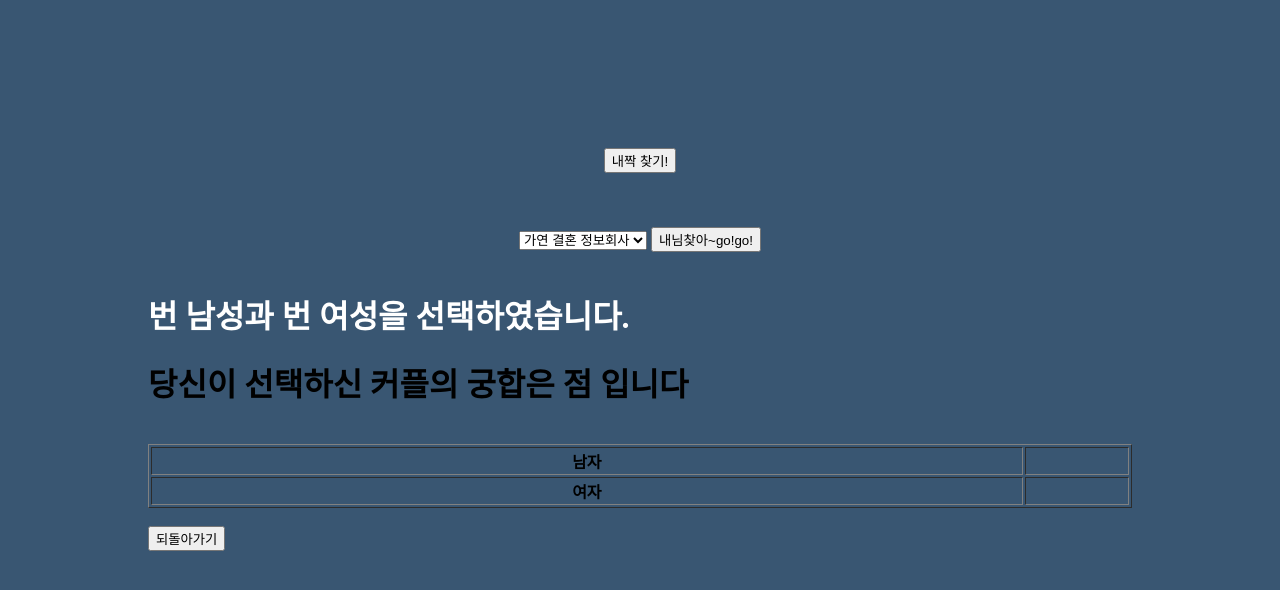
Repository: trapezer84/JSP
Page: http://localhost/AEA_Assignment/list.jsp
These files come from the project's save history. The page is drawn as it stood at one moment and after the next save; the edit follows.
The browser window is 1280 px wide. The pictures show the whole page.
The page is served by Tomcat 9. Other server files are loaded and not shown. The template is opened directly, without the code that normally fills it, so the values that code supplies are empty.

Above is the page before, as saved 2016-02-05 00:53:25.

### AEA_Assignment/WebContent/list.jsp
<%@ page language="java" contentType="text/html; charset=UTF-8"
	pageEncoding="UTF-8"%>
<%@ taglib prefix="c" uri="http://java.sun.com/jsp/jstl/core"%>
<!DOCTYPE html>
<html>
<head>
<meta http-equiv="Content-Type" content="text/html; charset=UTF-8">
<title>궁합 결과</title>
</head>
<body bgcolor="#395672" style ="padding:140px">

	<div align="center">
		<a href="http://kiyeonlee.com" target="_blank">
			<button type="button" onclick="alert('잘 생각 하셨습니다!')">내짝 찾기!</button>
		</a>
	</div>
	<br />
	<br />
	<br />
	<div align="center">
		<form method="post" action="/AEA_Assignment/SelectedCompany">
			<select name="companylist" >
				<option value="companyA">가연 결혼 정보회사</option>
				<option value="companyB">결혼해 듀오</option>
				<option value="companyC">디노블 결혼회사</option>
				<option value="companyD">기연이의 블로그</option>
			</select>
			<input type="submit" value="내님찾아~go!go!"/>
		</form>
	</div>



	<br />
	<h1 style="color: white">

	<span style="color:red">${ man }</span>번 남성과 <span style="color:red"> ${ woman }</span>번 여성을 선택하였습니다.</h1>

	<div>
		<h1> 당신이 선택하신 커플의 궁합은 <span style="color:pink">${ score }</span>점 입니다 </h1>
	</div>

	<br />


	<table border="1" style="width: 100%">
		<tr>
			<th>남자</th>
			<td><c:if test="${man == 1 }">
					<img
						src="http://www.fashionseoul.com/wp-content/uploads/2014/02/20140203_TNGT_LeeJinWook-1.jpg"
						width="242" height="300" />
				</c:if> <c:if test="${man == 2 }">
					<img
						src="https://s-media-cache-ak0.pinimg.com/236x/2a/0d/40/2a0d40b832ada4ad59a0372a74af5a98.jpg"
						width="242" height="300" />
				</c:if> <c:if test="${man == 3 }">
					<img
						src="http://www.justmedia.co.kr/news/photo/201512/1105_809_2311.jpg"
						width="242" height="300" />
				</c:if> <c:if test="${man == 4 }">
					<img
						src="http://pds.joins.com/news/component/osen/201106/14/201106141123772500_1.jpg"
						width="242" height="300" />
				</c:if></td>
		</tr>

		<tr>
			<th>여자</th>
			<td>
				<c:if test="${woman == 1 }">
					<img
						src="http://thestar.chosun.com/site/data/img_dir/2011/02/18/2011021800649_0.jpg"
						width="242" height="300" />
				</c:if> <c:if test="${woman == 2 }">
					<img
						src="http://www.iworldtoday.com/news/photo/201602/185426_59589_165.jpg"
						width="242" height="300"/>
				</c:if> <c:if test="${woman == 3 }">
					<img
						src="http://img.etoday.co.kr/pto_db/2015/07/600/20150729095216_684468_656_870.jpg"
						width="242" height="300" />
				</c:if> <c:if test="${woman == 4 }">
					<img
						src="https://file2.instiz.net/data/file2/2015/11/19/1/3/3/1331ca94dce6692b630b56d3acc72d41.jpg"
						width="242" height="300"/>
				</c:if>
			</td>
		</tr>

	</table>



	<br />
	<div>
		<a href="./index.jsp"> <input type="button" value="되돌아가기" />
		</a>
	</div>

</body>
</html>

After the next save:
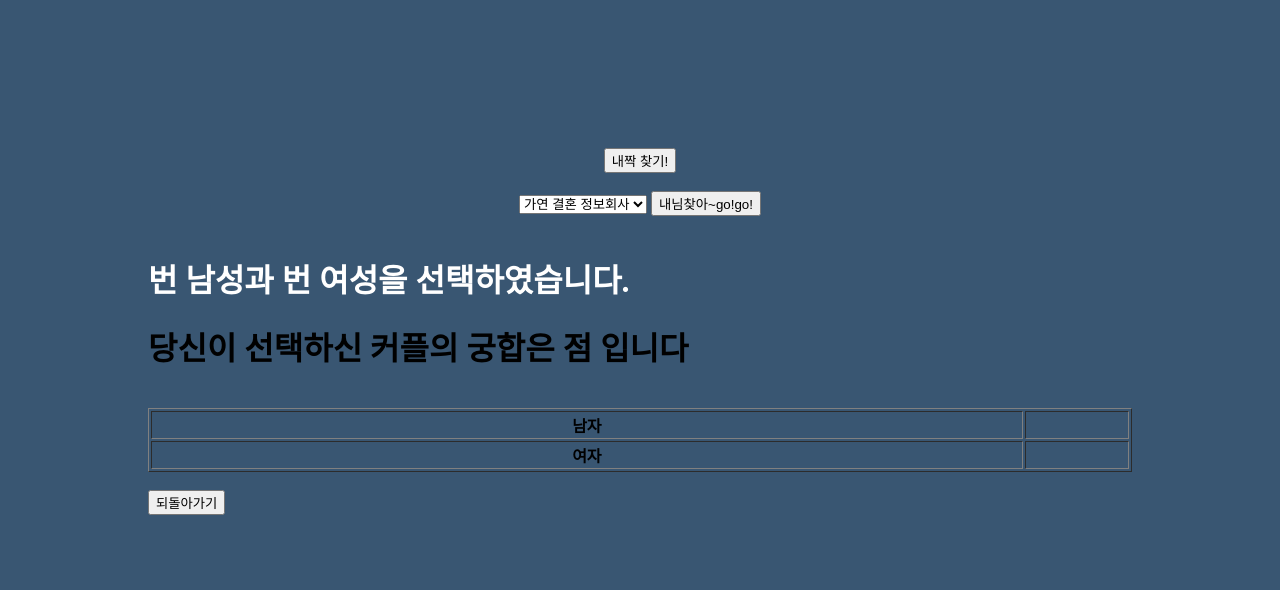
Saved 37 s later.
--- a/AEA_Assignment/WebContent/list.jsp
+++ b/AEA_Assignment/WebContent/list.jsp
@@ -14,8 +14,6 @@
 			<button type="button" onclick="alert('잘 생각 하셨습니다!')">내짝 찾기!</button>
 		</a>
 	</div>
-	<br />
-	<br />
 	<br />
 	<div align="center">
 		<form method="post" action="/AEA_Assignment/SelectedCompany">
